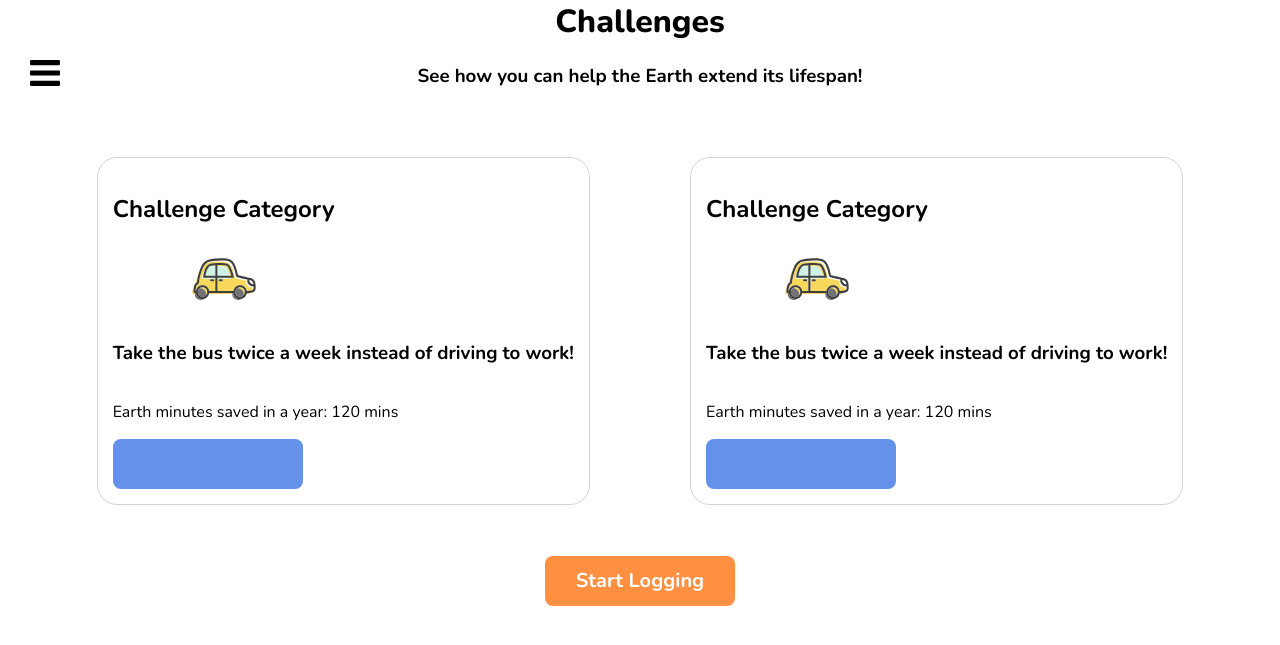
Repository: cho196/Timearth
Page: /challenges
The author's editor kept a copy of each file at every save. The page is drawn from the files as they stood at one save, then again after the next save.
The browser window is 1280 px wide. The pictures show the whole page.
The project was rebuilt for these pictures with package versions that can differ from the ones it lists, and the page was loaded fresh each time. The framework's server and built-in components were replaced by stand-ins that run in the browser. Also part of the build but not shown: next.config.js.

Above is the page before, as saved 2022-04-12 21:54:26.

After the next save:
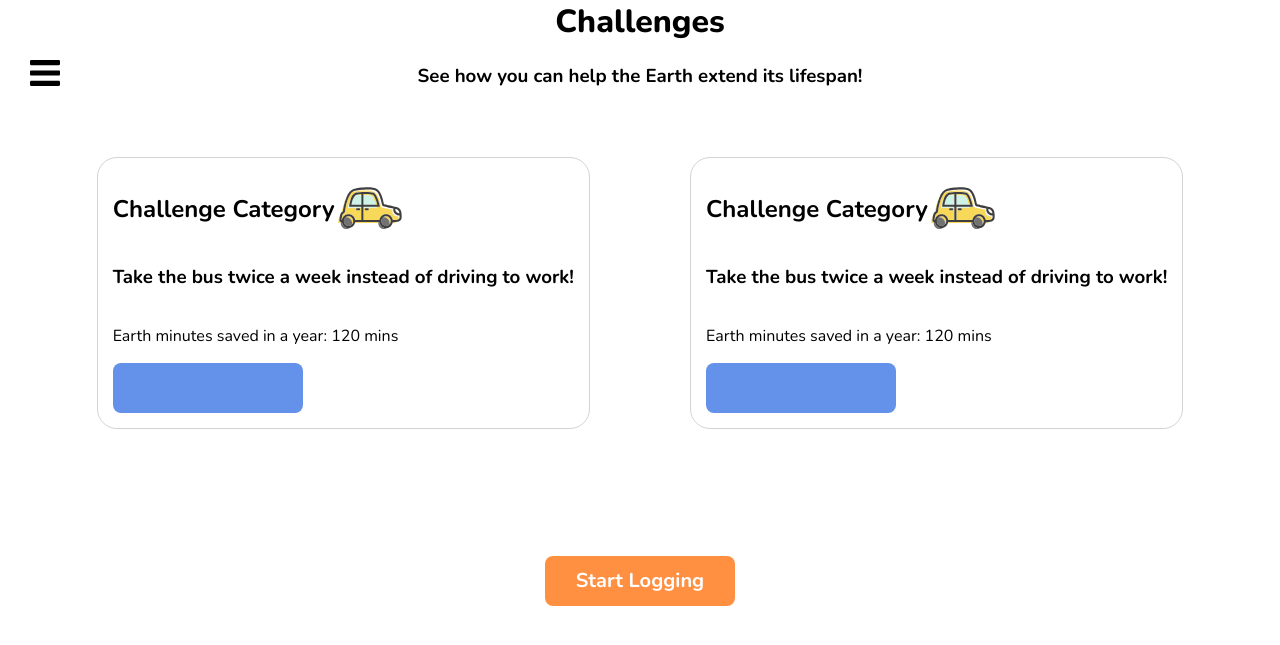
Saved 97 s later.
--- a/styles/globals.css
+++ b/styles/globals.css
@@ -69,6 +69,11 @@ button {
     justify-content: center;
 }
 
+.challenge-heading {
+    display:flex;
+}
+
+
 @media only screen and (max-width: 600px) and (max-height: 750px){
     .logomark {
         width: 10em;
